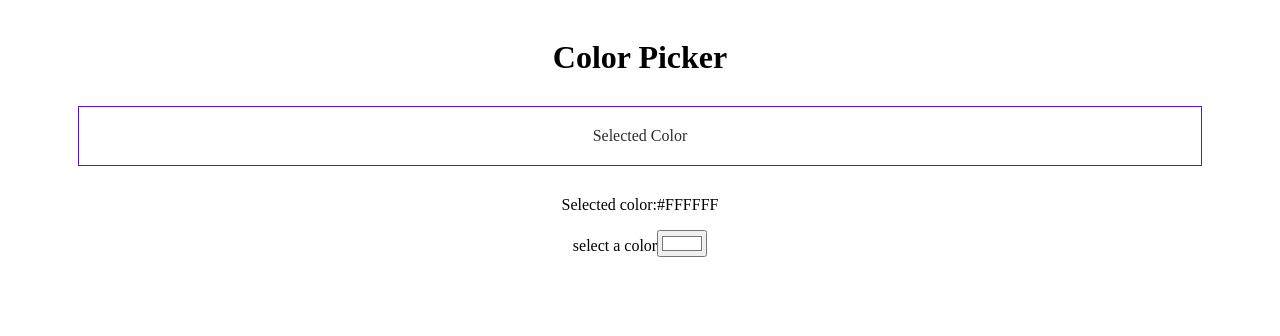
Repository: wakoya-tech/my-react-practice
Page: /
The author's editor kept a copy of each file at every save. The page is drawn from the files as they stood at one save, then again after the next save.
The browser window is 1280 px wide. The pictures show the whole page.
The project was rebuilt for these pictures with package versions that can differ from the ones it lists, and the page was loaded fresh each time. Also part of the build but not shown: vite.config.js.

Above is the page before, as saved 2025-10-03 11:40:08.

After the next save:
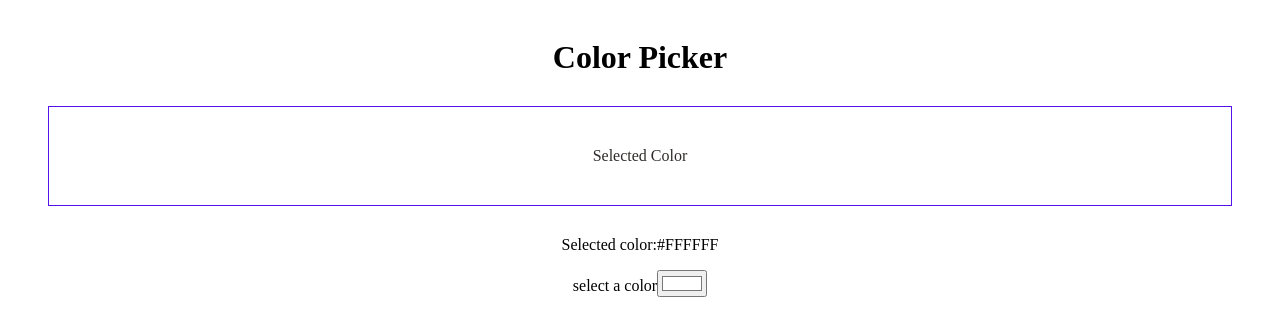
Saved 25 s later.
--- a/src/index.css
+++ b/src/index.css
@@ -6,7 +6,7 @@
   border: 1px solid rgb(84, 19, 236);
   color: rgb(48, 43, 43);
   background-color: rgb(82, 82, 197);
-  margin: 30px 60px;
-  padding:20px;
+  margin: 30px;
+  padding:40px 60px;
 
 }
